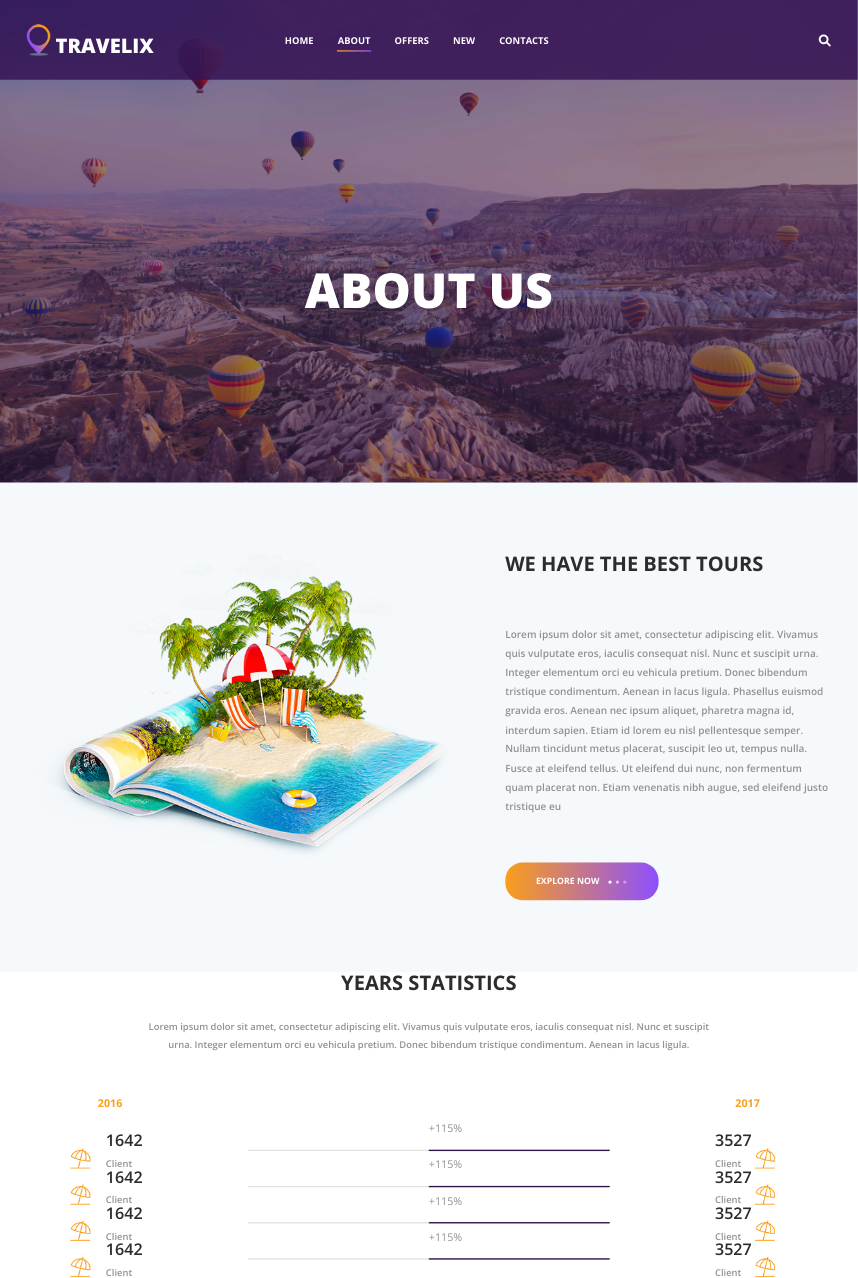
Repository: phamhuuloc/Travelix_Template
Page: about.html
An editor plug-in stored every save of this project. The page is shown before and after the next save, followed by the edit.
The browser window is 1280 px wide. The pictures show the whole page, at 67% of full size.
Backgrounds fixed to the window are drawn as part of the page. Some web fonts or font styles are not loaded; a fallback is used.

Above is the page before, as saved 2021-10-13 09:49:45.

After the next save:
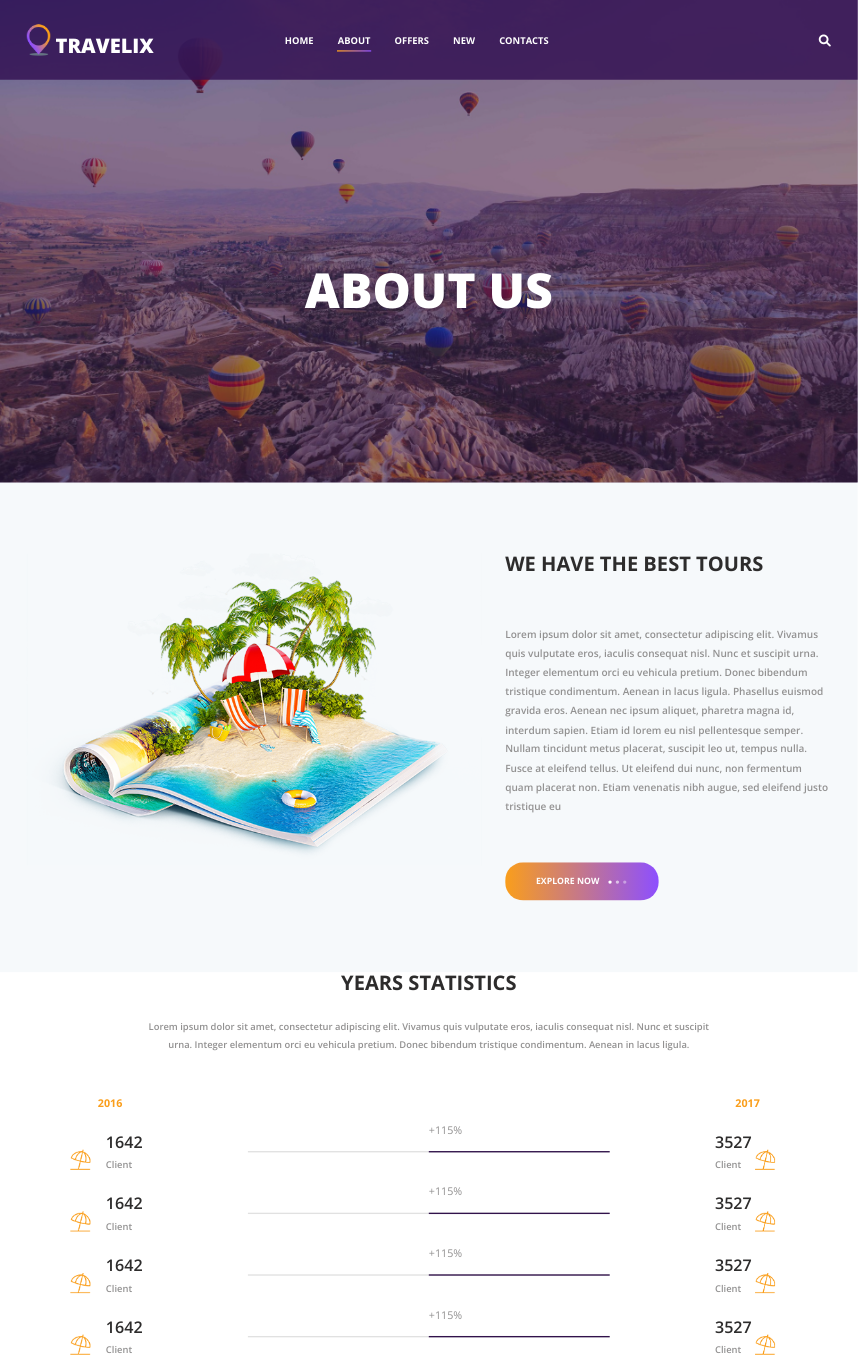
Saved 32 s later.
--- a/assets/css/about.css
+++ b/assets/css/about.css
@@ -76,6 +76,7 @@
   align-items: center;
   justify-content: space-between;
   padding: 0 60px;
+  margin-top: 3.8rem;
 }
 .stats__last {
   display: flex;
